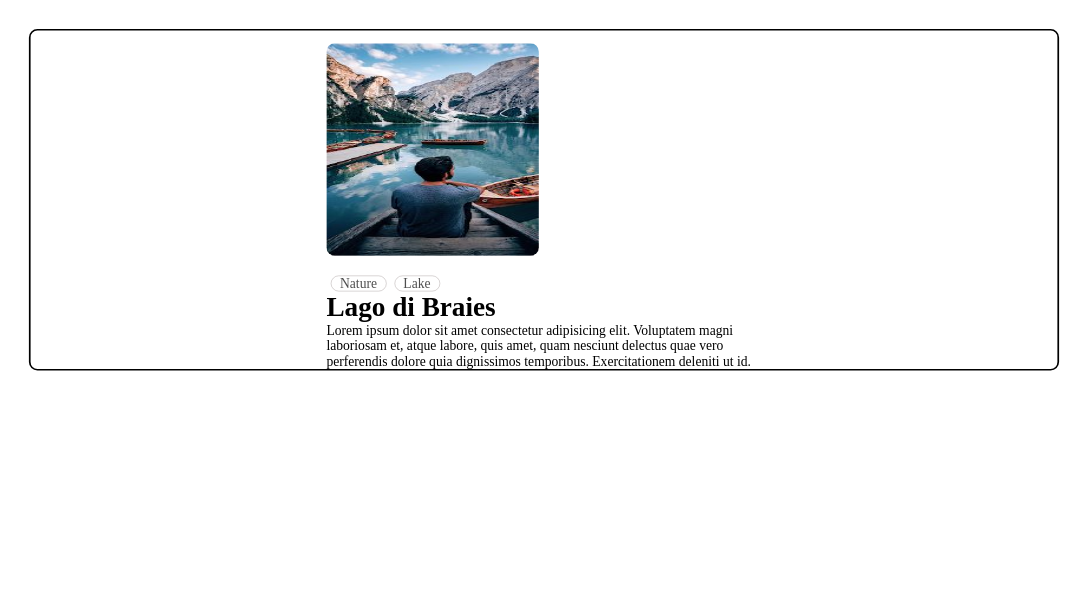
Repository: diensy/Web_dev
Page: Css/Exercise/exercise-2/index.html
These files come from the project's save history. The page is drawn as it stood at one moment and after the next save; the edit follows.
The browser window is 1280 px wide. The pictures show the whole page, at 85% of full size.

Above is the page before, as saved 2024-05-27 21:32:33.

### Css/Exercise/exercise-2/index.html
<!DOCTYPE html>
<html lang="en">
  <head>
    <meta charset="UTF-8" />
    <meta name="viewport" content="width=device-width, initial-scale=1.0" />
    <title>Document</title>
    <link rel="stylesheet" href="index.css" />
  </head>
  <body>
    <div class="card">
      <div class="image">
        <img src="image.jpeg" alt="" />
      </div>
      <div class="button">
        <span>Nature</span>
        <span>Lake</span>
      </div>
      <div class="content">
        <h1>Lago di Braies</h1>
        <p>
          Lorem ipsum dolor sit amet consectetur adipisicing elit. Voluptatem
          magni laboriosam et, atque labore, quis amet, quam nesciunt delectus
          quae vero perferendis dolore quia dignissimos temporibus.
          Exercitationem deleniti ut id.
        </p>
      </div>
    </div>
  </body>
</html>

### Css/Exercise/exercise-2/index.css
* {
  margin: 0;
  padding: 0;
}
.card {
  border: 2px solid black;
  border-radius: 10px;
  display: grid;
  justify-content: center;
  margin: 34px;
}
.image {
  margin-top: 15px;
  margin-bottom: 20px;
}
.image img {
  /* border: 1px solid black; */
  border-radius: 10px;
  height: 250px;
  width: 250px;
}
.button span {
  border: 1px solid rgba(107, 94, 94, 0.306);
  color: rgba(0, 0, 0, 0.694);
  border-radius: 40px;
  padding: 0 10px;
  margin-left: 5px;
  margin-bottom: 20px;
}
.content{
    height: 100%;
    width: 40vw;
}

After the next save:
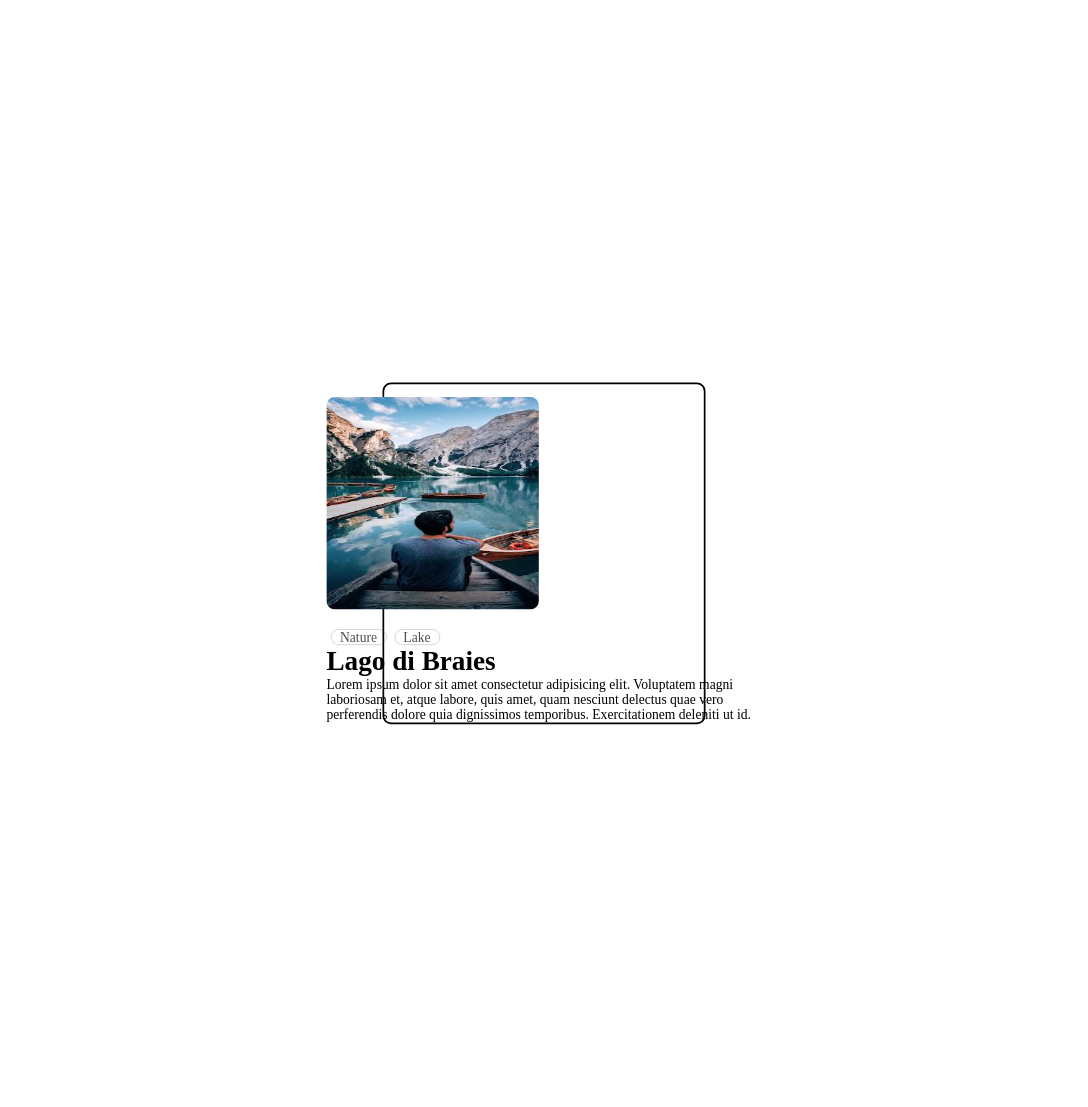
Saved 10 s later.
--- a/Css/Exercise/exercise-2/index.css
+++ b/Css/Exercise/exercise-2/index.css
@@ -7,7 +7,7 @@
   border-radius: 10px;
   display: grid;
   justify-content: center;
-  margin: 34px;
+  margin: 450px;
 }
 .image {
   margin-top: 15px;
